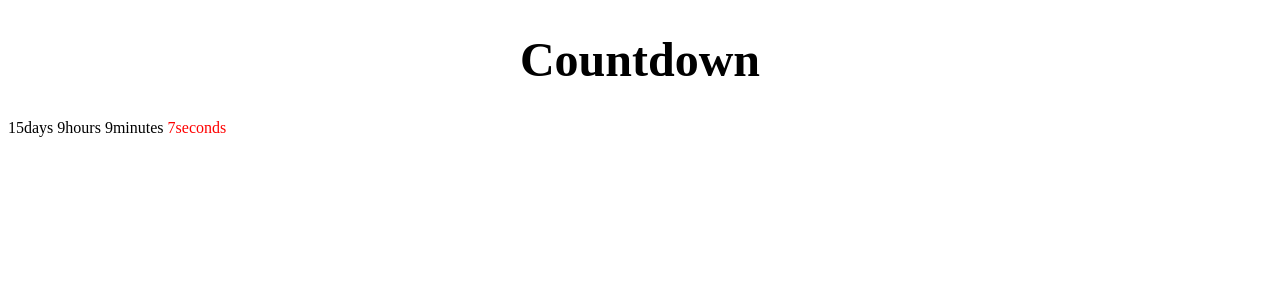
Repository: sinarinzifabrice/Events
Page: index.html
These files come from the project's save history. The page is drawn as it stood at one moment and after a run of saves; the edit follows.
The browser window is 1280 px wide. The pictures show the whole page.

Above is the page before, as saved 2024-05-16 09:40:18.

After the next 2 saves:
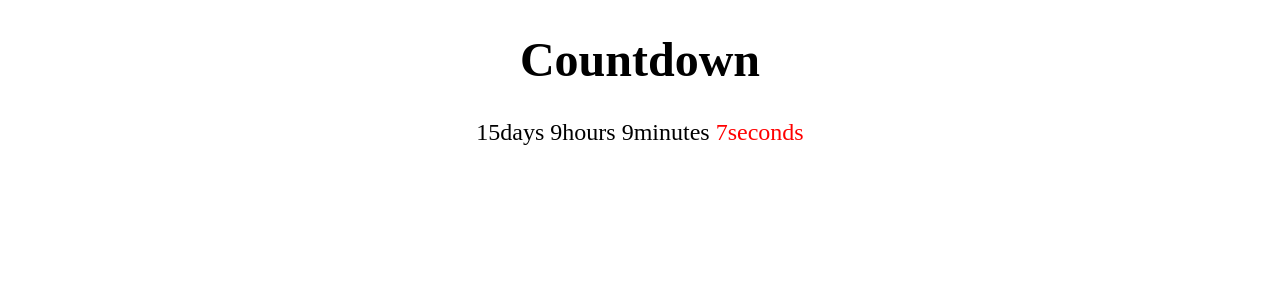
The 2 saves are shown as one change because they came seconds apart.
The last was saved 7 s later.
--- a/index.html
+++ b/index.html
@@ -17,8 +17,9 @@
 <body>
 <div class="countdown">
    <h1>Countdown</h1>
+   <div id="countdown"></div>
 </div>
-<div id="countdown"></div>
+
 
 
 <script>
